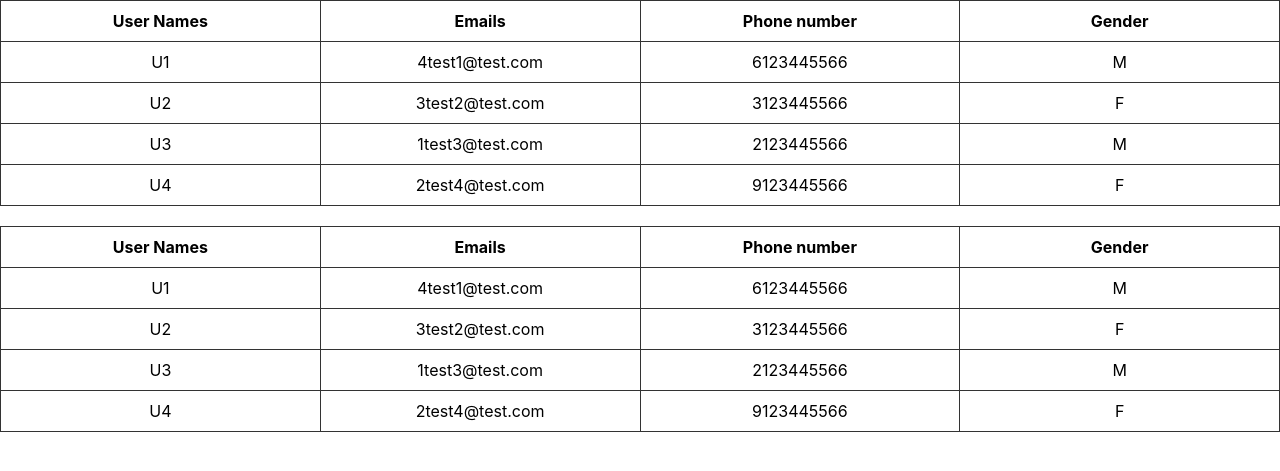
Repository: mayank-tavisca/dynamic-grids
Page: /
The author's editor kept a copy of each file at every save. The page is drawn from the files as they stood at one save, then again after the next save.
The browser window is 1280 px wide. The pictures show the whole page.
The project was rebuilt for these pictures with package versions that can differ from the ones it lists, and the page was loaded fresh each time.

Above is the page before, as saved 2020-02-04 12:10:28.

After the next save:
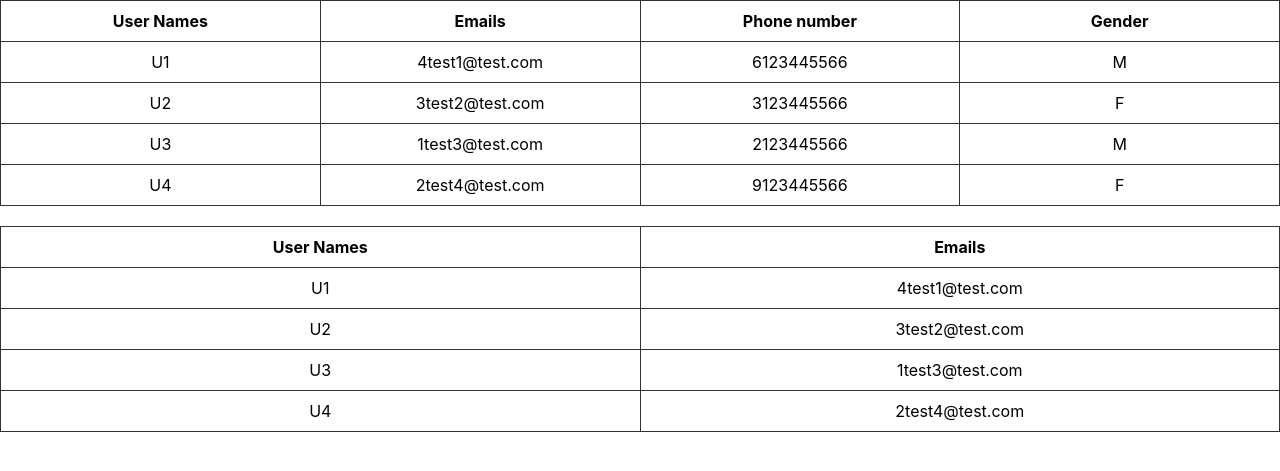
Saved 9 s later.
--- a/src/App.tsx
+++ b/src/App.tsx
@@ -74,7 +74,7 @@ const App = () => {
     <div className="App">
       <DynamicGrid data={Data1} />
       <br />
-      <DynamicGrid data={Data1} />
+      <DynamicGrid data={Data2} />
     </div>
   );
 };
